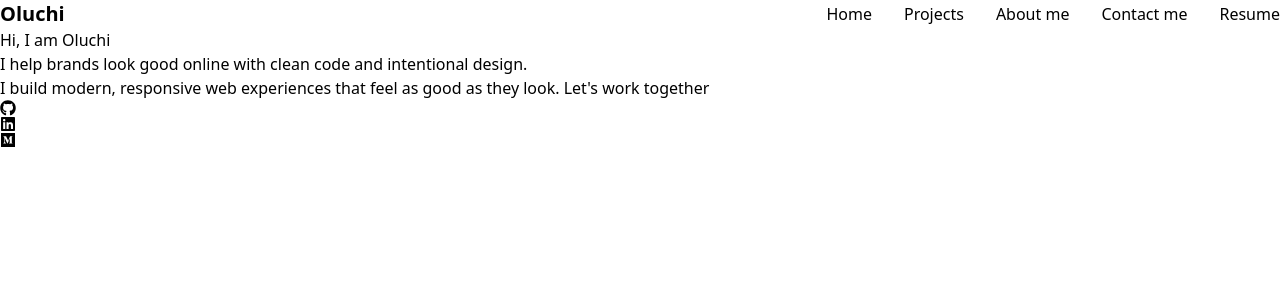
Repository: ooluchi/portfolio_
Page: / (app in my-react-app/)
These files come from the project's save history. The page is drawn as it stood at one moment and after a run of saves; the edit follows.
The browser window is 1280 px wide. The pictures show the whole page.
The project was rebuilt for these pictures with package versions that can differ from the ones it lists, and the page was loaded fresh each time. Also part of the build but not shown: my-react-app/vite.config.ts.

Above is the page before, as saved 2025-11-19 14:23:23.

After the next 2 saves:
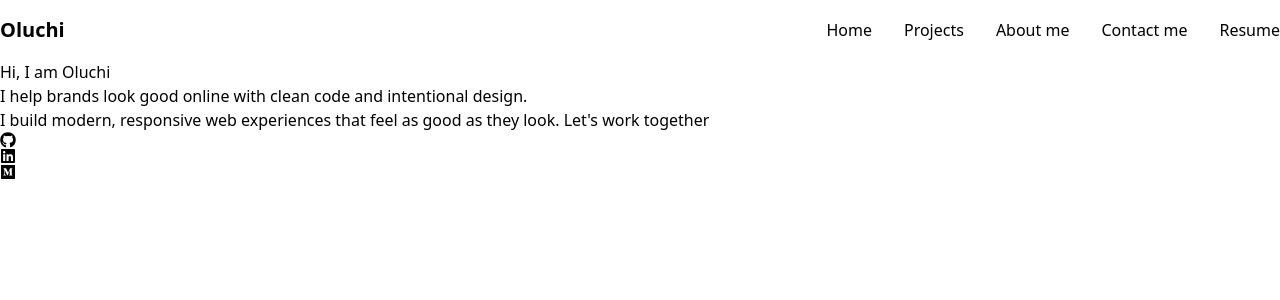
The 2 saves are shown as one change because they came seconds apart.
The last was saved 18 s later.
--- a/my-react-app/src/components/NavBar.tsx
+++ b/my-react-app/src/components/NavBar.tsx
@@ -12,7 +12,7 @@
 
   return (
     <nav>
-      <div className="flex justify-between items-center">
+      <div className="flex justify-between items-center py-4">
         <h1 className="font-bold text-xl">Oluchi</h1>
         <div className="">
           <div className="lg:hidden">
